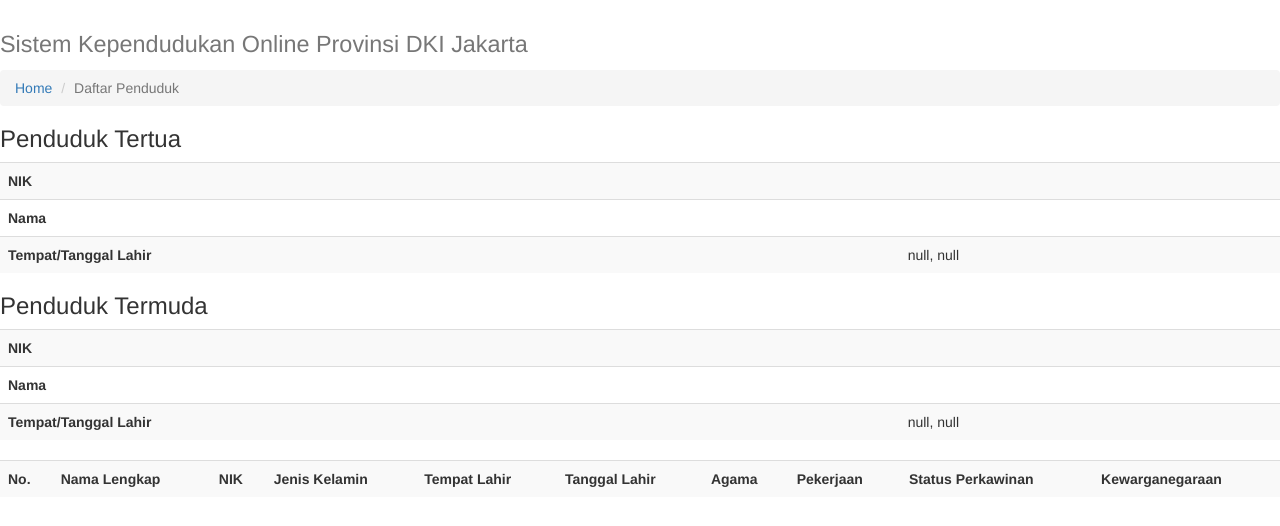
Repository: apap-2017/tugas1_1406544135
Page: http://localhost/list-penduduk
An editor plug-in stored every save of this project. The page is shown before and after the next save, followed by the edit.
The browser window is 1280 px wide. The pictures show the whole page.
The page is this project's Thymeleaf template; nobody is signed in. The template is opened directly, without the code that normally fills it, so the values that code supplies are empty.

Above is the page before, as saved 2017-10-20 05:47:07.

### Tugas1_1406544135/src/main/resources/templates/list-penduduk.html
<!DOCTYPE html>
<html xmlns:th="http://www.thymeleaf.org">
   <head>
      <title>Siduk DKI</title>
        <link href="../../static/css/bootstrap.min.css" rel="stylesheet" th:href="@{/css/bootstrap.min.css}" />
    </head>

    <body>
	    <section class="content-header">
			<h1>
				<small>Sistem Kependudukan Online Provinsi DKI Jakarta</small>
			</h1>
			<ol class="breadcrumb">
				<li><a th:href="@{/}">Home</a></li>
				<li class="active">Daftar Penduduk</li>
			</ol>
		</section>

		<table class="table table-striped">
			<h3>Penduduk Tertua</h3>
			<tbody>
				<tr>
			   		<td><strong>NIK</strong></td>
				    <td th:text="${pendudukTertua.nik} "></td>
				 </tr>

				 <tr>
			   		<td><strong>Nama</strong></td>
					<td th:text="${pendudukTertua.nama} "></td>
				 </tr>

				<tr>
			   		<td><strong>Tempat/Tanggal Lahir</strong></td>
					<td th:text="${pendudukTertua.tempat_lahir} +', ' + ${pendudukTertua.tanggal_lahir} "></td>
				 </tr>
			</tbody>
		</table>

		<table class="table table-striped">
			<tbody>
			 	<h3>Penduduk Termuda</h3>
				<tr>
			   		<td><strong>NIK</strong></td>
				    <td th:text="${pendudukTermuda.nik} "></td>
				 </tr>

				 <tr>
			   		<td><strong>Nama</strong></td>
					<td th:text="${pendudukTermuda.nama} "></td>
				 </tr>

				<tr>
			   		<td><strong>Tempat/Tanggal Lahir</strong></td>
					<td th:text="${pendudukTermuda.tempat_lahir} +', ' + ${pendudukTermuda.tanggal_lahir} "></td>
				 </tr>
			</tbody>
		</table>

		<table class="table table-striped">
				<tbody>
						<tr>
							<td><strong>No.</strong></td>
							<td><strong>Nama Lengkap</strong></td>
							<td><strong>NIK</strong></td>
							<td><strong>Jenis Kelamin</strong></td>
							<td><strong>Tempat Lahir</strong></td>
							<td><strong>Tanggal Lahir</strong></td>
							<td><strong> Agama </strong></td>
							<td><strong> Pekerjaan </strong></td>
							<td><strong> Status Perkawinan </strong></td>
							<td><strong> Kewarganegaraan </strong></td>
						</tr>
					<div th:each="detailAnggota, iterationStatus: ${listPenduduk}">
						<tr>
							<td th:text="${iterationStatus.count}"></td>
							<td th:text="${detailAnggota.nama}"></td>
							<td th:text="${detailAnggota.nik}"></td>
							<td th:text="${detailAnggota.jenis_kelamin}"></td>
							<td th:text="${detailAnggota.tempat_lahir}"></td>
							<td th:text="${detailAnggota.tanggal_lahir}"></td>
							<td th:text="${detailAnggota.agama}"></td>
							<td th:text="${detailAnggota.pekerjaan}"></td>
							<td th:text="${detailAnggota.status_perkawinan}"></td>
							<td th:text="${detailAnggota.is_wni}"></td>
						</tr>
					</div>
				</tbody>
		</table>
    </body>
</html>

Loaded but not shown: Tugas1_1406544135/src/main/resources/static/css/bootstrap.min.css (library)

After the next save:
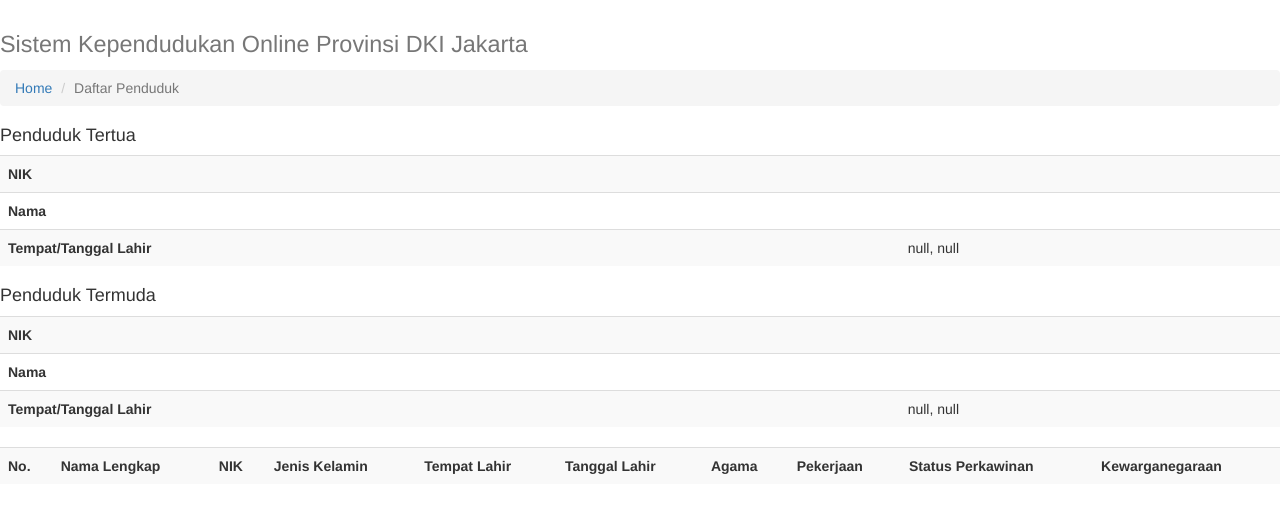
Saved 24 s later.
--- a/Tugas1_1406544135/src/main/resources/templates/list-penduduk.html
+++ b/Tugas1_1406544135/src/main/resources/templates/list-penduduk.html
@@ -17,7 +17,7 @@
 		</section>
 
 		<table class="table table-striped">
-			<h3>Penduduk Tertua</h3>
+			<h4>Penduduk Tertua</h4>
 			<tbody>
 				<tr>
 			   		<td><strong>NIK</strong></td>
@@ -38,7 +38,7 @@
 
 		<table class="table table-striped">
 			<tbody>
-			 	<h3>Penduduk Termuda</h3>
+			 	<h4>Penduduk Termuda</h4>
 				<tr>
 			   		<td><strong>NIK</strong></td>
 				    <td th:text="${pendudukTermuda.nik} "></td>
